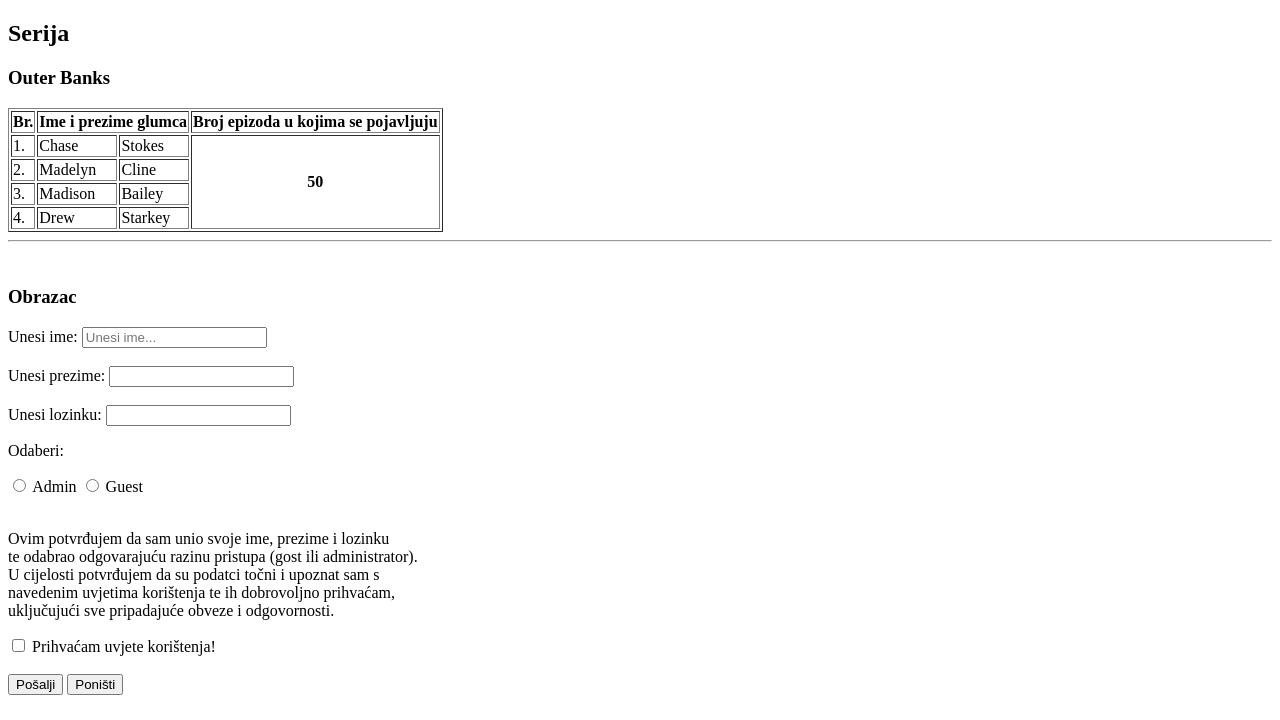
Repository: larabiondic/wp_biondic_lara
Page: Domace zadace/Zadaća.2.html
These files come from the project's save history. The page is drawn as it stood at one moment and after the next save; the edit follows.
The browser window is 1280 px wide. The pictures show the whole page.

Above is the page before, as saved 2025-11-03 21:06:10.

### Domace zadace/Zadaća.2.html
<!DOCTYPE html>
<html lang="en">
<head>
    <meta name="viewport" content="width=device-width, initial-scale=1.0">
    <meta name="description" content="Zadaća 2.">
    <meta name="keywords" content="HTML">
    <meta name="author" content="Lara Biondić">
    <title>Zadaća 2.</title>
</head>
<body>
    <h2>Serija</h2>
    <h3>Outer Banks</h3>
    <table border="1">
        <tr>
            <th>Br.</th>
            <th colspan="2">Ime i prezime glumca</th>
            <th>Broj epizoda u kojima se pojavljuju</th>
        </tr>
        <tr>
            <td>1.</td>
            <td>Chase</td>
            <td>Stokes</td>
            <th rowspan="4">50</th>
        </tr>
        <tr>
            <td>2.</td>
            <td>Madelyn</td>
            <td>Cline</td>

        </tr>
        <tr>
            <td>3.</td>
            <td>Madison</td>
            <td>Bailey</td>

        </tr>
        <tr>
            <td>4.</td>
            <td>Drew</td>
            <td>Starkey</td>

        </tr>

    </table>
    <hr>
    <br>
    <h3>Obrazac</h3>
    <form action="#" method="get">
        <label for="ime">Unesi ime:</label>
        <input type="text" id="Ime" placeholder="Unesi ime...">
        <br>
        <br>
        <label for="prezime">Unesi prezime:</label>
        <input type="text" id="prezime">
        <br>
        <br>
        <label for="pass">Unesi lozinku:</label>
        <input type="password" name="pass" id="pass" required>
        <br>
        <p>Odaberi:</p>
        <input type="radio" name="admin" id="admin">
        <label for="admin">Admin</label>
        <input type="radio" name="guest" id="guest">
        <label for="guest">Guest</label>
        <br>
        <br>
        <p>Ovim potvrđujem da sam unio svoje ime,
            prezime i lozinku <br>te odabrao odgovarajuću razinu pristupa
            (gost ili administrator). <br> U cijelosti potvrđujem da su podatci
            točni i upoznat sam s <br>navedenim uvjetima korištenja te ih dobrovoljno prihvaćam, <br>
            uključujući sve pripadajuće obveze i odgovornosti.</p>
        <input type="checkbox" name="uvjeti korištenja" id="uvjeti korištenja">
        <label for="uvjeti korištenja">Prihvaćam uvjete korištenja!</label>
        <br>
        <br>
        <input type="submit" value="Pošalji">
        <input type="reset" value="Poništi">
    </form>

</body>
</html>

After the next save:
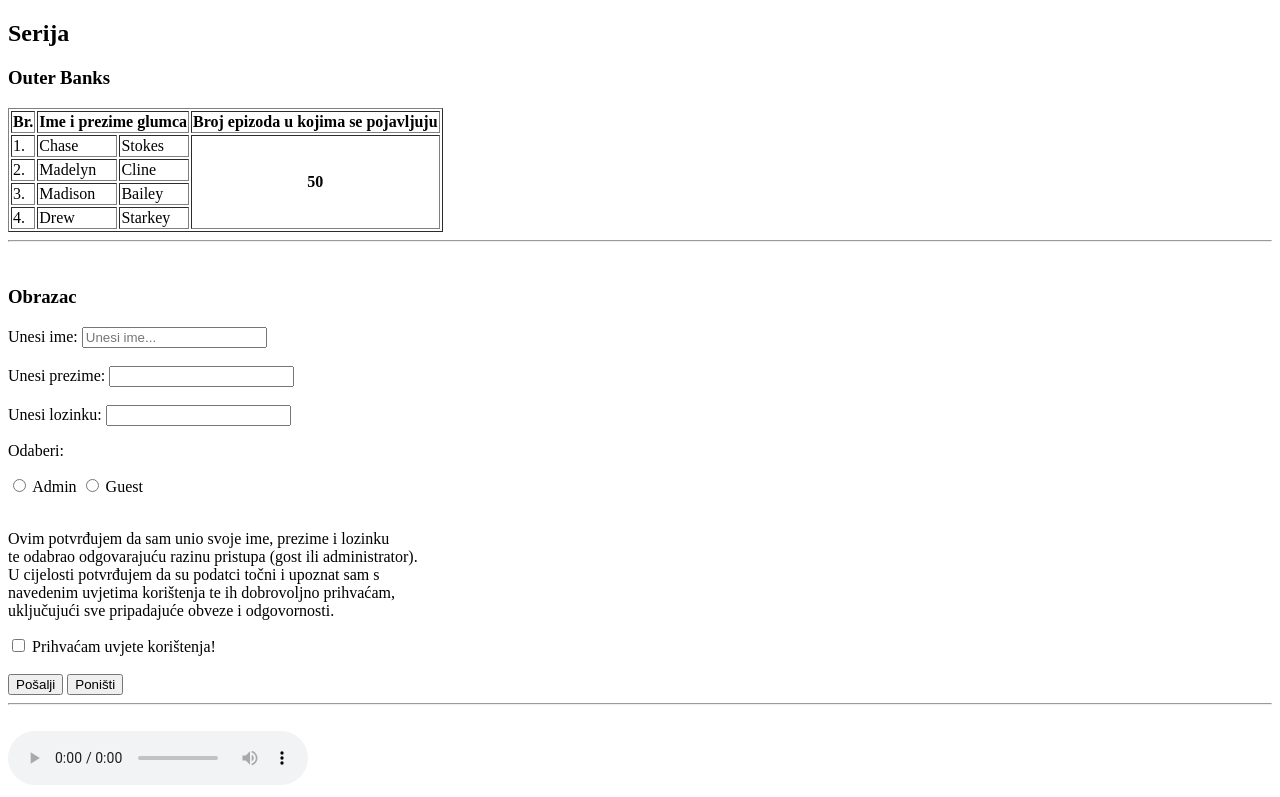
Saved 5 min 26 s later.
--- a/Domace zadace/Zadaća.2.html
+++ b/Domace zadace/Zadaća.2.html
@@ -76,6 +76,11 @@
         <input type="submit" value="Pošalji">
         <input type="reset" value="Poništi">
     </form>
+    <hr>
+    <br>
+    <audio controls>
+        <source src="../audio_video/test-audio.ogg" type="audio/ogg">
 
+    </audio>
 </body>
 </html>
